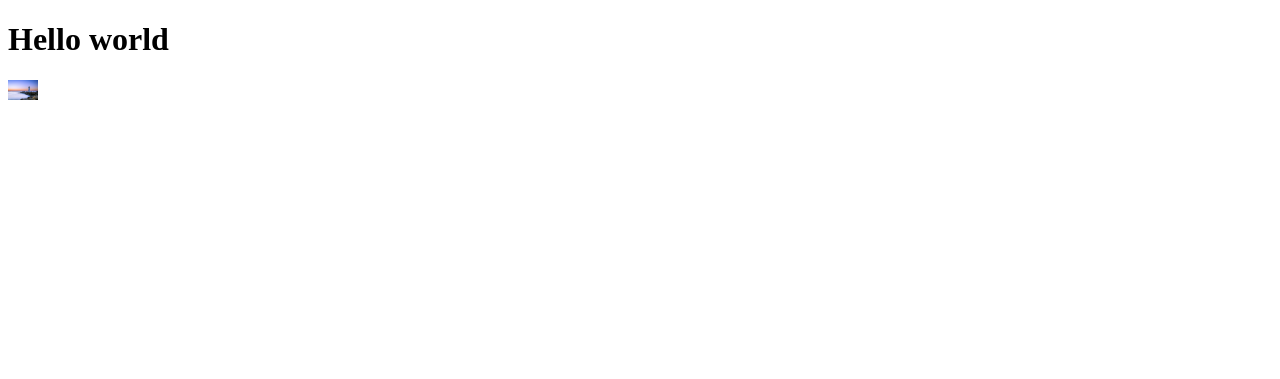
Repository: RPSKumara/DPEdudationPyhton
Page: ImageStyle/index.html
The author's editor kept a copy of each file at every save. The page is drawn from the files as they stood at one save, then again after the next save.
The browser window is 1280 px wide. The pictures show the whole page.

Above is the page before, as saved 2022-04-20 09:47:25.

### ImageStyle/index.html
<!DOCTYPE html>
<html lang="en">
<head>
    <meta charset="UTF-8">
    <meta http-equiv="X-UA-Compatible" content="IE=edge">
    <meta name="viewport" content="width=device-width, initial-scale=1.0">
    <link rel="stylesheet" href="style.css">
    <title>Document</title>
</head>
<body>
    <h1>Hello world</h1>
    <img src="Images/01.jpg" alt="images" class="priviewImg" srcset="">
</body>
</html>

### ImageStyle/style.css
.priviewImg{
    width: 30px;
}

After the next save:
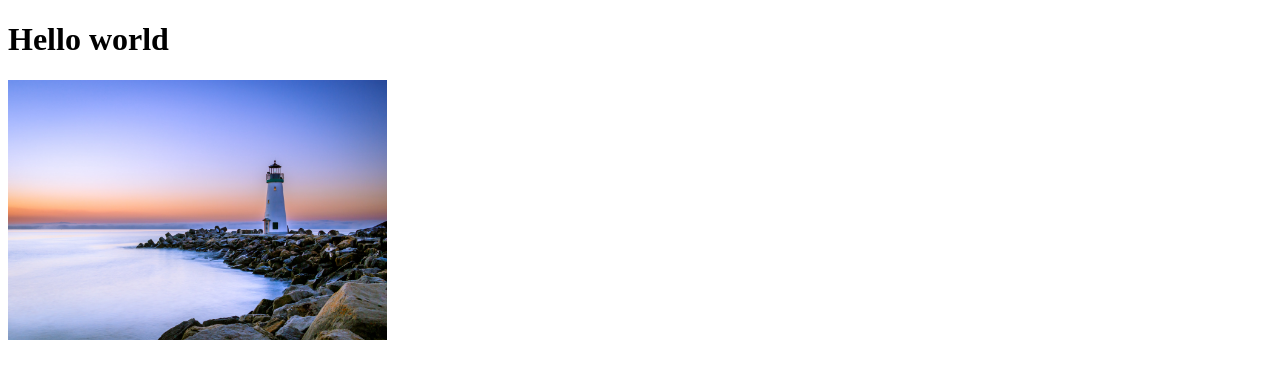
Saved 14 s later.
--- a/ImageStyle/style.css
+++ b/ImageStyle/style.css
@@ -1,3 +1,3 @@
 .priviewImg{
-    width: 30px;
+    width: 30%;
 }
